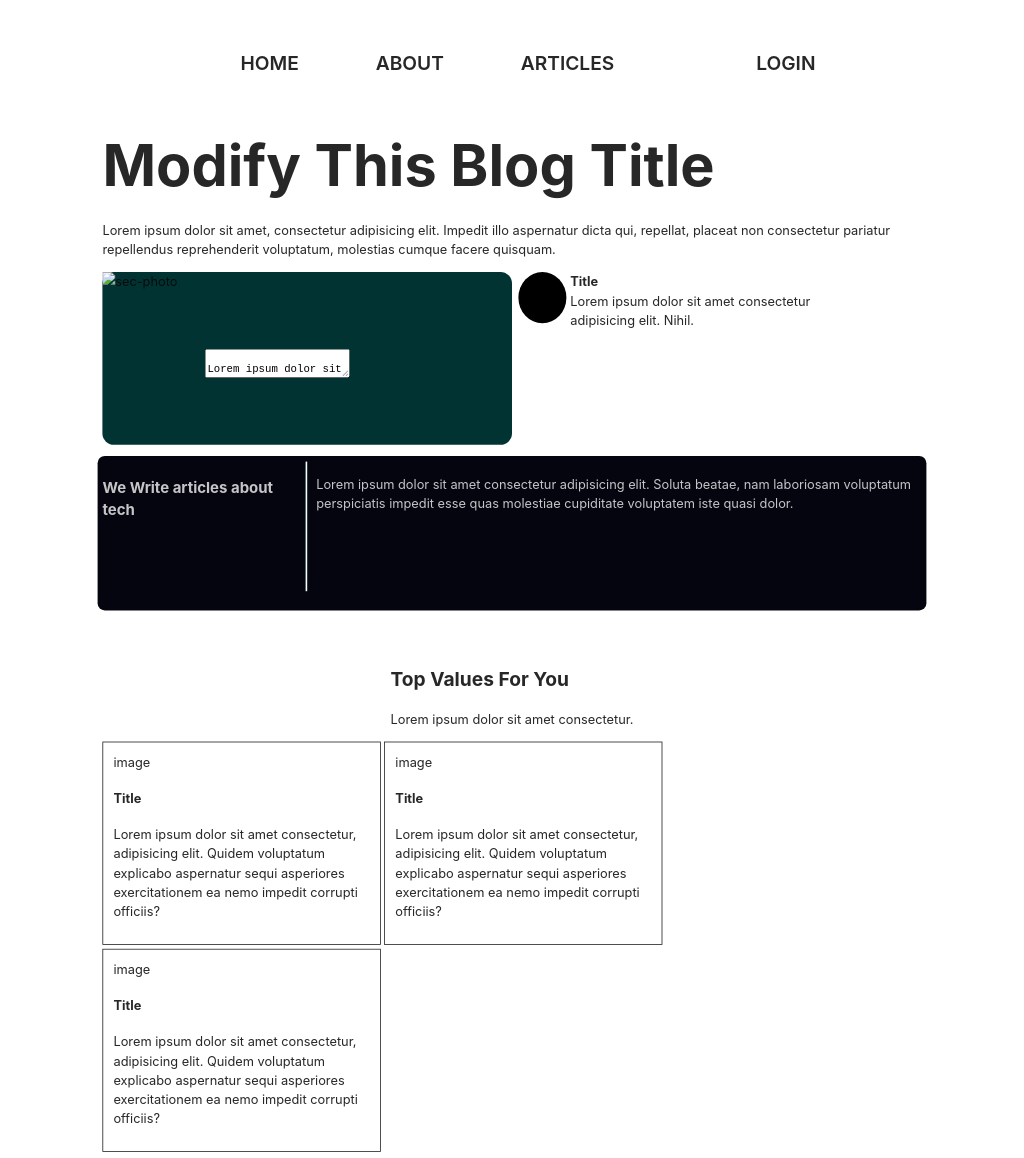
Repository: ValGrace/-static-site
Page: /home (app in client/)
An editor plug-in stored every save of this project. The page is shown before and after the next save, followed by the edit.
The browser window is 1280 px wide. The pictures show the whole page, at 80% of full size.
The project was rebuilt for these pictures with package versions that can differ from the ones it lists, and the page was loaded fresh each time. Also part of the build but not shown: client/vite.config.js, client/src/Utils/appwrite.js, client/src/Components/Inputs.css, client/src/Components/Login.jsx, client/src/Components/Signup.jsx, client/src/Pages/aboutPage.jsx, client/src/Pages/Articles.jsx.

Above is the page before, as saved 2023-02-12 12:33:01.

After the next save:
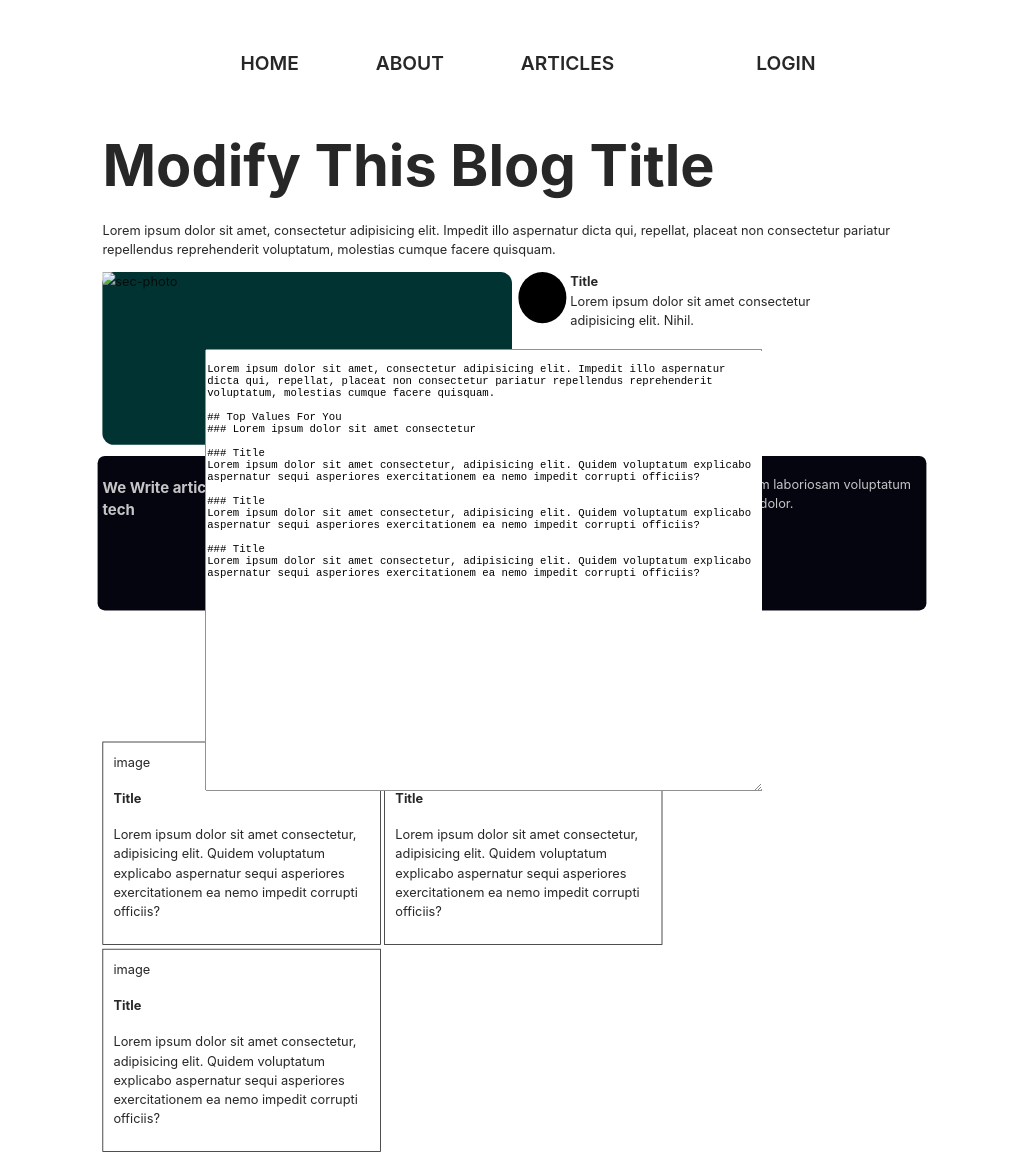
Saved 90 s later.
--- a/client/src/Components/InfoPage.css
+++ b/client/src/Components/InfoPage.css
@@ -44,7 +44,12 @@
     position: absolute;
     width: 60vw;
     height: 80vh;
-    color: red;
+
+}
+
+.md-edit > textarea {
+    width: 90%;
+    height: 95%;
 }
 @media screen and (min-width: 670px) {
     #abt-info {
